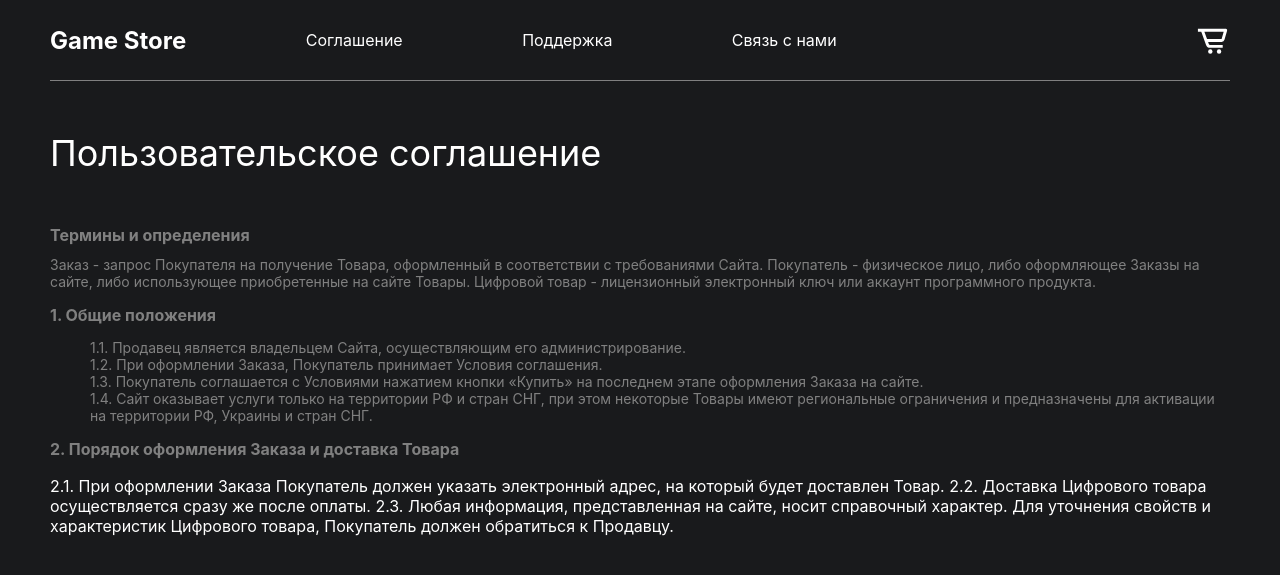
Repository: Minkeani/GameStore
Page: /agreement
An editor plug-in stored every save of this project. The page is shown before and after the next save, followed by the edit.
The browser window is 1280 px wide. The pictures show the whole page.
The project was rebuilt for these pictures with package versions that can differ from the ones it lists, and the page was loaded fresh each time. Also part of the build but not shown: src/components/ItemsInCart/ItemsInCart.css, src/components/ItemsInCart/ItemsInCart.jsx, src/components/CartMenu/CartMenu.css, src/components/Btn/Btn.css, src/components/Btn/Btn.jsx, src/components/CartItem/CartItem.css, src/components/CartItem/CartItem.jsx, src/components/utils/utils.js and 17 more.

Above is the page before, as saved 2022-09-11 10:42:26.

After the next save:
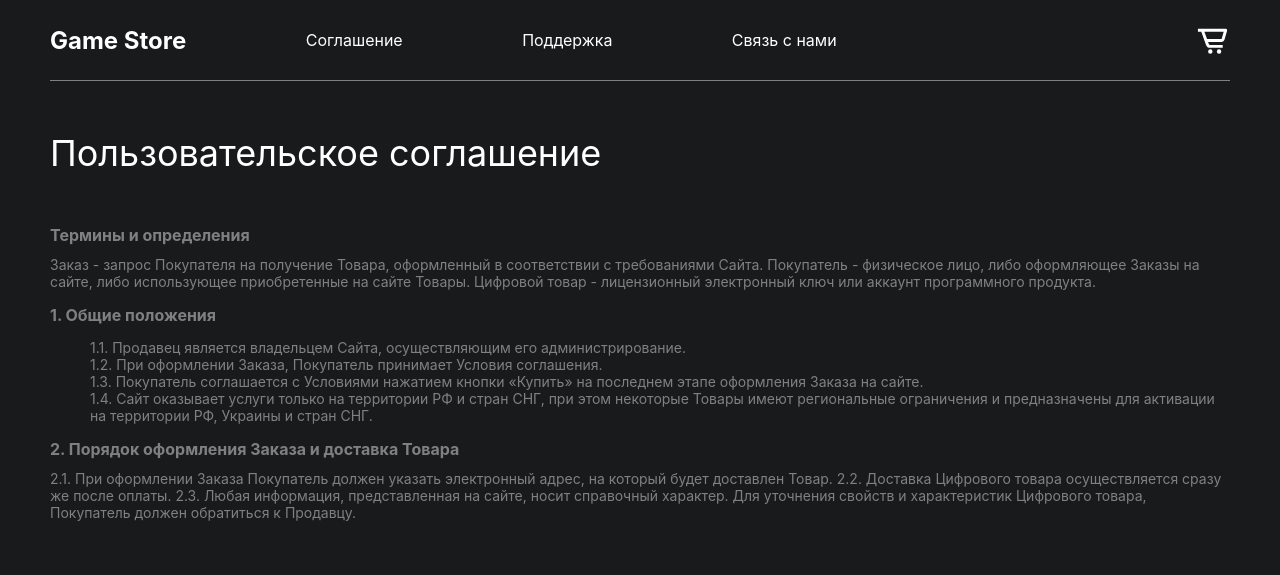
Saved 21 s later.
--- a/src/components/Agreement/Agreement.jsx
+++ b/src/components/Agreement/Agreement.jsx
@@ -38,11 +38,11 @@ const Agreement = () => {
         </ul>
       </P>
       <Title>2. Порядок оформления Заказа и доставка Товара</Title>
-      <p>2.1. При оформлении Заказа Покупатель должен указать электронный адрес, на который будет доставлен Товар.
+      <P>2.1. При оформлении Заказа Покупатель должен указать электронный адрес, на который будет доставлен Товар.
 
 2.2. Доставка Цифрового товара осуществляется сразу же после оплаты.
 
-2.3. Любая информация, представленная на сайте, носит справочный характер. Для уточнения свойств и характеристик Цифрового товара, Покупатель должен обратиться к Продавцу.</p>
+2.3. Любая информация, представленная на сайте, носит справочный характер. Для уточнения свойств и характеристик Цифрового товара, Покупатель должен обратиться к Продавцу.</P>
     </div>
   );
 };
